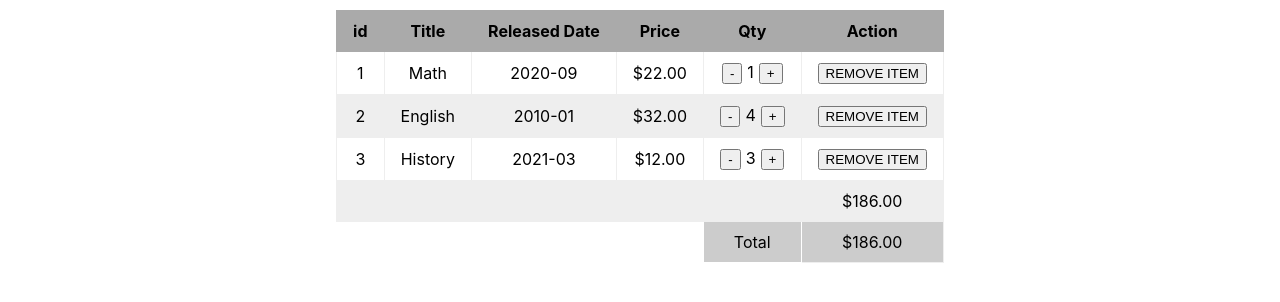
Repository: vgg1kkh/myBookStoreBasket
Page: /
These files come from the project's save history. The page is drawn as it stood at one moment and after the next save; the edit follows.
The browser window is 1280 px wide. The pictures show the whole page.
The project was rebuilt for these pictures with package versions that can differ from the ones it lists, and the page was loaded fresh each time.

Above is the page before, as saved 2021-10-07 20:30:52.

After the next save:
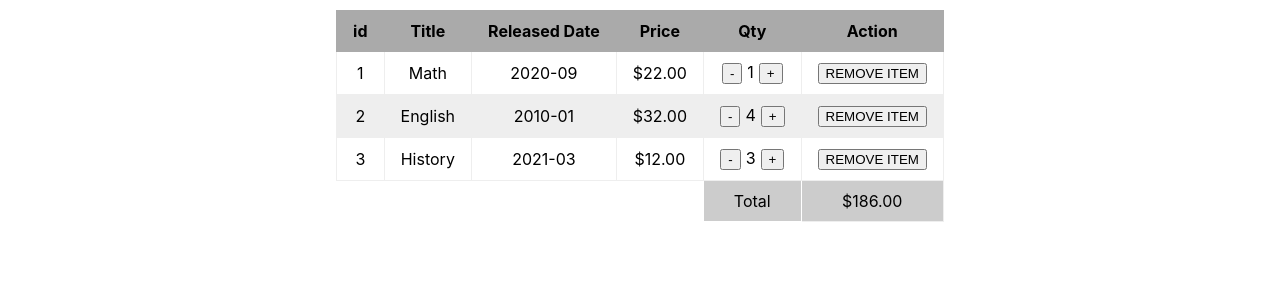
Saved 13 s later.
--- a/src/App.js
+++ b/src/App.js
@@ -108,14 +108,7 @@ export default class App extends Component {
               {this.state.bookList.length > 0
                 ? this.renderBooks()
                 : this.renderEmyptTip()}
-               <tr>
-                <td></td>
-                <td></td>
-                <td></td>
-                <td></td>
-                <td></td>
-                <td>{formatPrice(this.getTotalPrice())}</td>
-              </tr>
+
               <tr>
                 <td></td>
                 <td></td>
